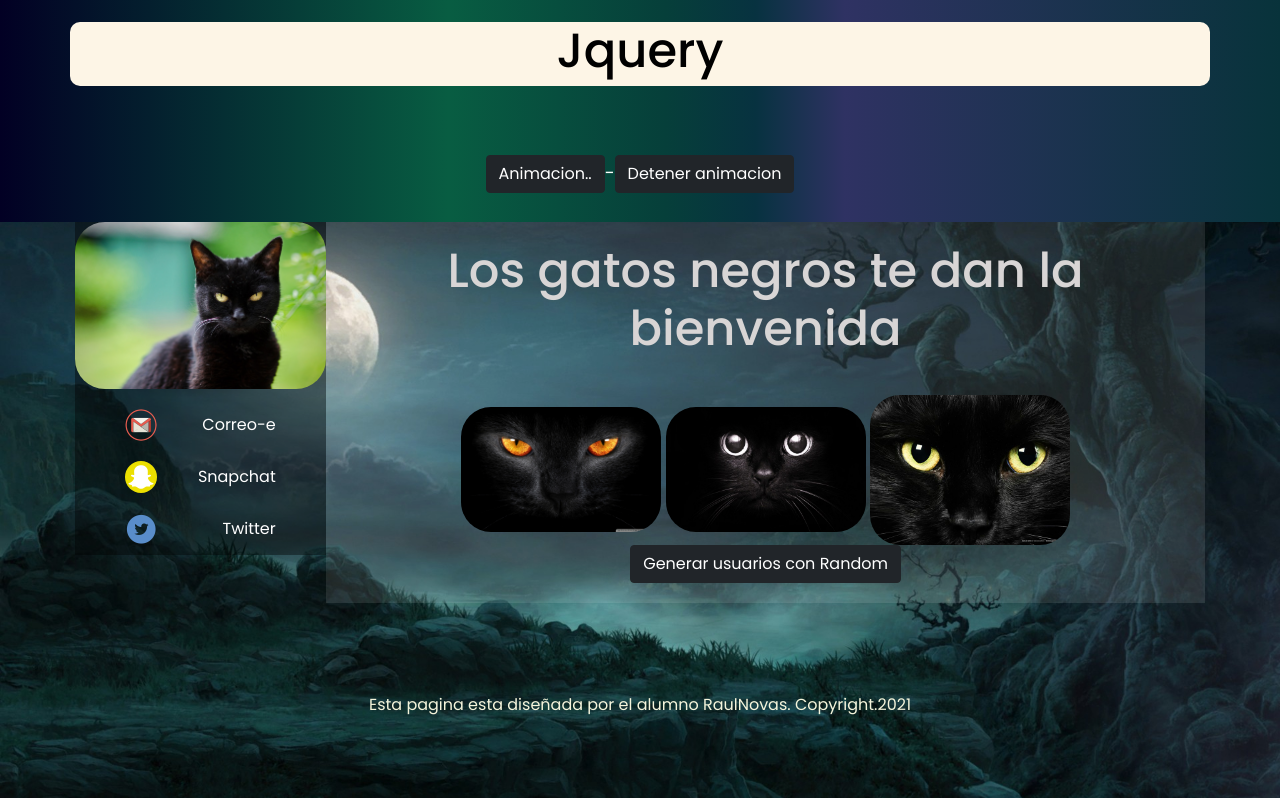
Repository: raul4264/final2
Page: index.html
The author's editor kept a copy of each file at every save. The page is drawn from the files as they stood at one save, then again after the next save.
The browser window is 1280 px wide. The pictures show the whole page.

Above is the page before, as saved 2021-07-14 09:16:15.

After the next save:
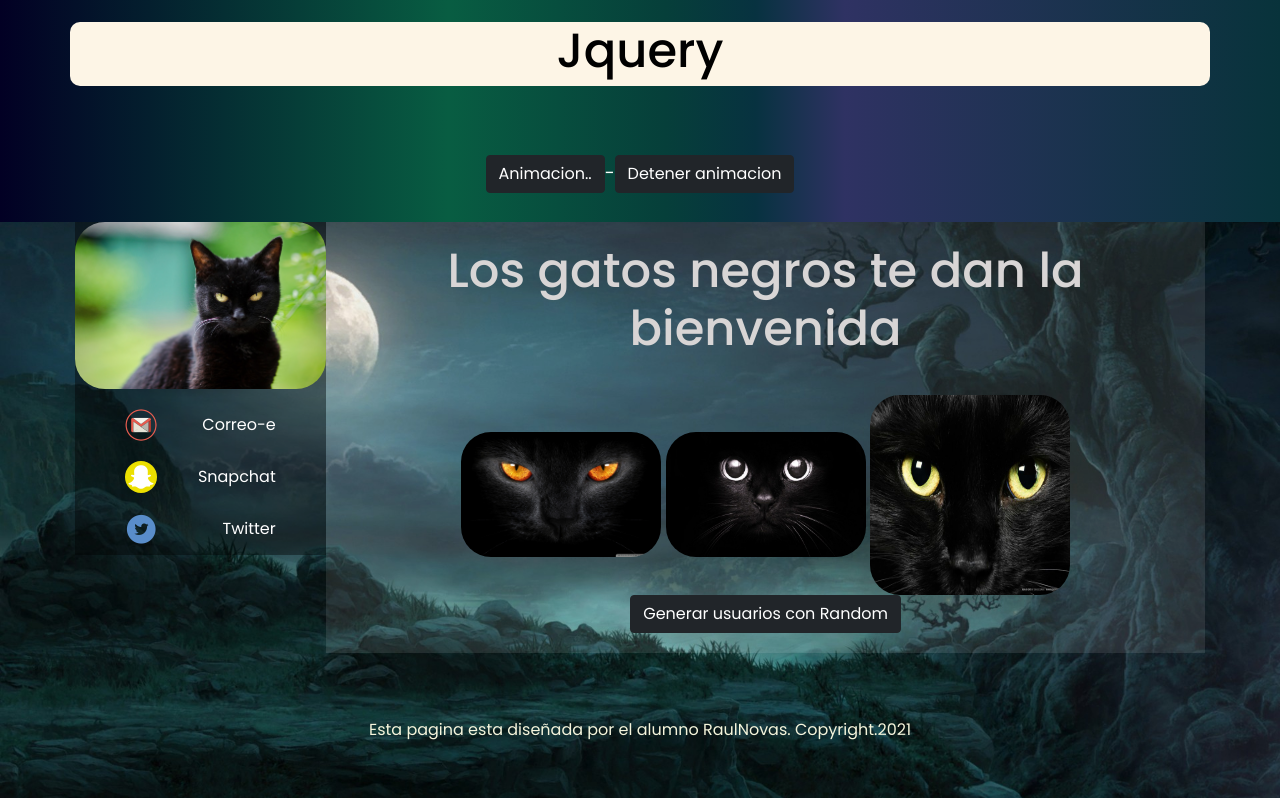
Saved 24 s later.
--- a/index.html
+++ b/index.html
@@ -137,7 +137,7 @@
 
                 <img src="/images/cat1.jpg" width="200vw">
                 <img src="/images/cat2.jpg" width="200vw" >
-                <img src="/images/cat3.jpg" width="200vw" height="auto" >
+                <img src="/images/cat3.jpg" width="200vw" height="200vh" >
 
             <br>
             <button type="button" class="btn btn-dark" id="usuarios">Generar usuarios con Random</button>
